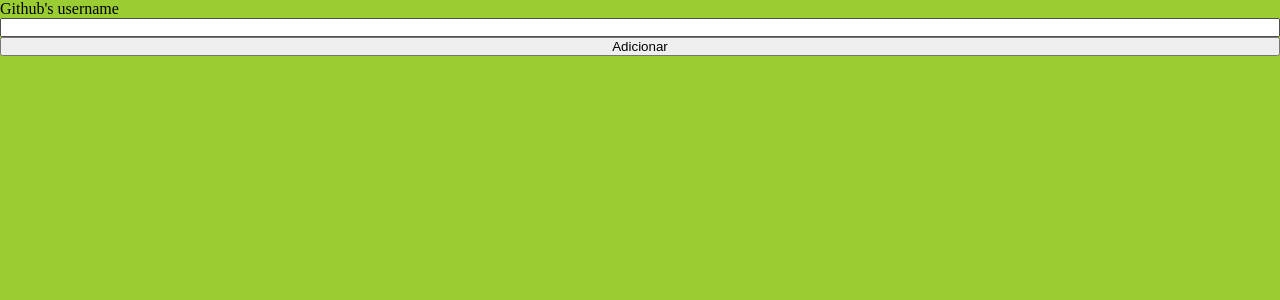
Repository: Orifiel/teste
Page: desafioMod4/desafioJavascritpt0402.html
The author's editor kept a copy of each file at every save. The page is drawn from the files as they stood at one save, then again after the next save.
The browser window is 1280 px wide. The pictures show the whole page.

Above is the page before, as saved 2020-08-24 11:44:36.

### desafioMod4/desafioJavascritpt0402.html
<!DOCTYPE html>
<html lang="en">
<head>
    <meta charset="UTF-8">
    <meta name="viewport" content="width=device-width, initial-scale=1.0">
    <title>Document</title>
</head>
<style>
    *{
        padding: 0;
        margin: 0;
        box-sizing: border-box;
    }
    body{
        background: yellowgreen;
    }
   .container {
        display: flex;
        flex-direction: column;
    }
</style>
<body>
    <div class="container">
        <label for="username">Github's username</label>
        <input type="text" name="username" id="username">
        <button onclick=''>Adicionar</button>
    </div>
 <script src="./desafioJavascritpt0402.js"></script>
</body>
</html>

### desafioMod4/desafioJavascritpt0402.js
/**
 * 2º exercício
Crie uma tela com um <input> que deve receber o nome de um usuário no Github. Após digitar o
nome do usuário e clicar no botão buscar a aplicação deve buscar pela API do Github (conforme
URL abaixo) os dados de repositórios do usuário e mostrá-los em tela:
URL de exemplo: https://api.github.com/users/diego3g/repos
Basta alterar "diego3g" pelo nome do usuário.
<input type="text" name="user">
<button onclick="">Adicionar</button>
Depois de preencher o input e adicionar, a seguinte lista deve aparecer abaixo:
<ul>
 <li>repo1</li>
 <li>repo2</li>
 <li>repo3</li>
 <li>repo4</li>
 <li>repo5</li>
</ul>

 */

After the next save:
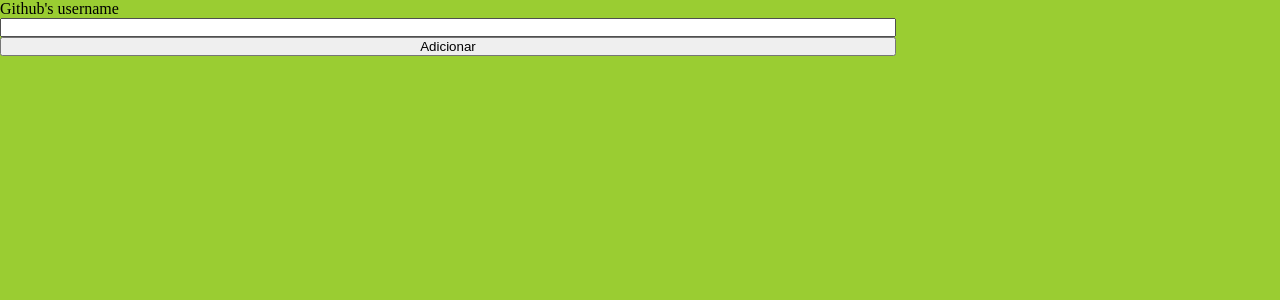
Saved 23 s later.
--- a/desafioMod4/desafioJavascritpt0402.html
+++ b/desafioMod4/desafioJavascritpt0402.html
@@ -17,6 +17,7 @@
    .container {
         display: flex;
         flex-direction: column;
+        width: 70vw;
     }
 </style>
 <body>
